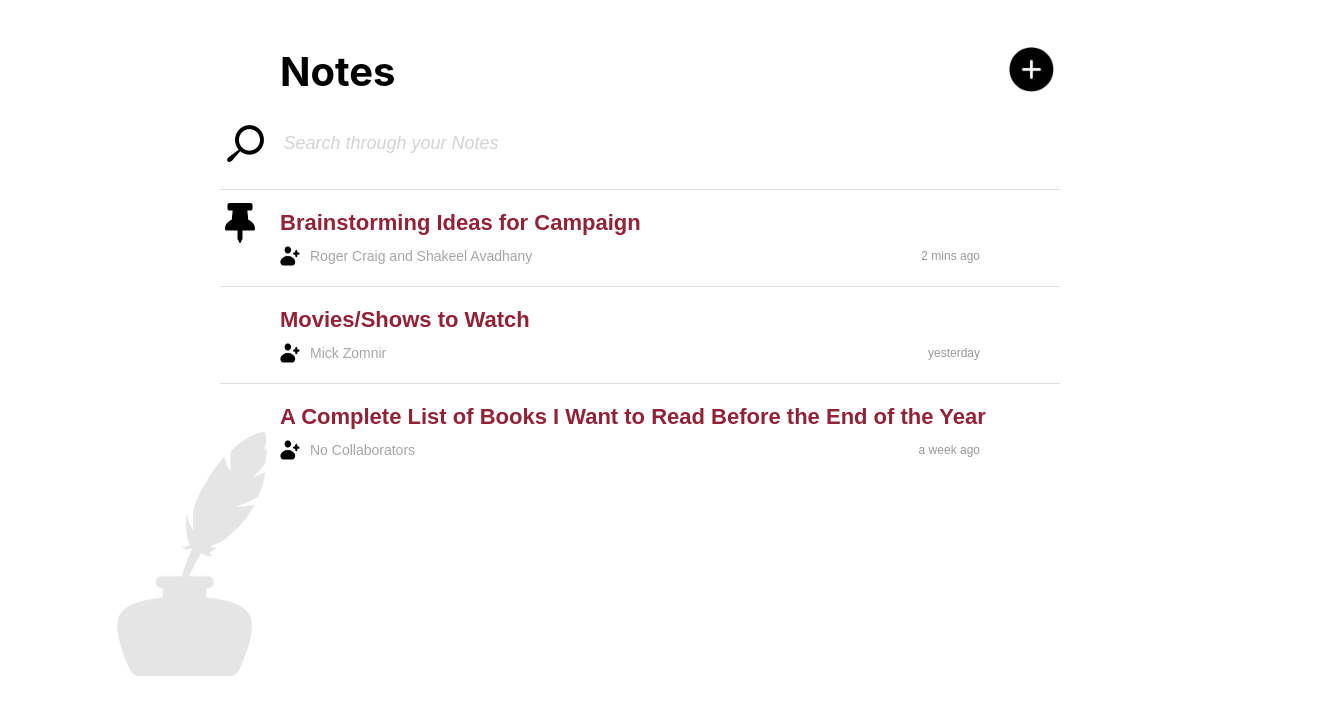
Repository: shabiasaeed/Notes-app
Page: /
An editor plug-in stored every save of this project. The page is shown before and after the next save, followed by the edit.
The browser window is 1280 px wide. The page is 1320 px wide, so the pictures cover 1320 px, including what lies to the right of the window. The pictures show the whole page.
The project was rebuilt for these pictures with package versions that can differ from the ones it lists, and the page was loaded fresh each time.

Above is the page before, as saved 2024-12-31 00:42:42.

After the next save:
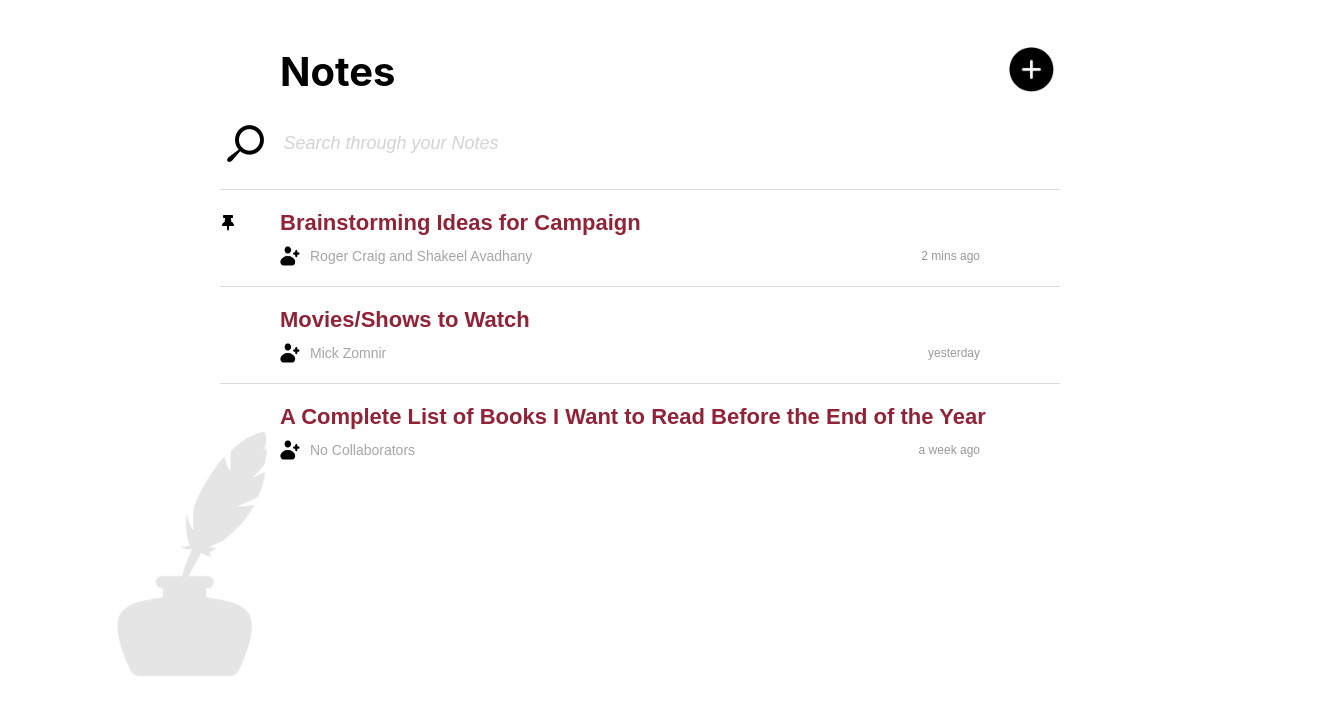
Saved 48 s later.
--- a/src/components/Note.css
+++ b/src/components/Note.css
@@ -23,8 +23,8 @@
 }
 
 .pin-icon {
-    width: 40px;
-    height: 40px;
+    /* width: 40px;
+    height: 40px; */
     position: absolute;
     left: 0;
 }
